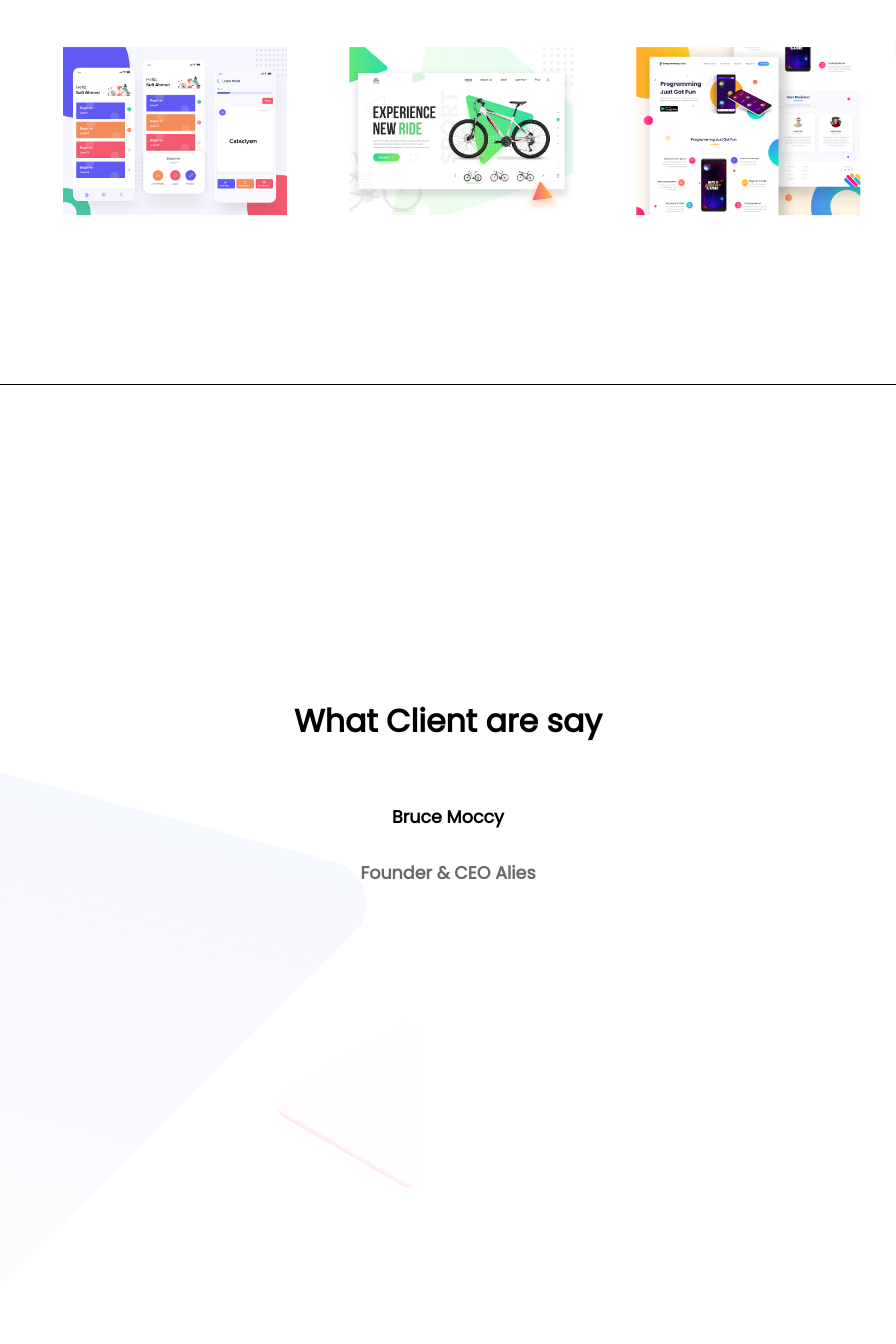
Repository: mohsinfarabi/personal-website
Page: index.html
An editor plug-in stored every save of this project. The page is shown before and after the next save, followed by the edit.
The browser window is 1280 px wide. The pictures show the part of the page from y = 2355 to 4275 px (the page is 4275 px tall), at 70% of full size.

Above is the page before, as saved 2020-07-01 16:44:20.

After the next save:
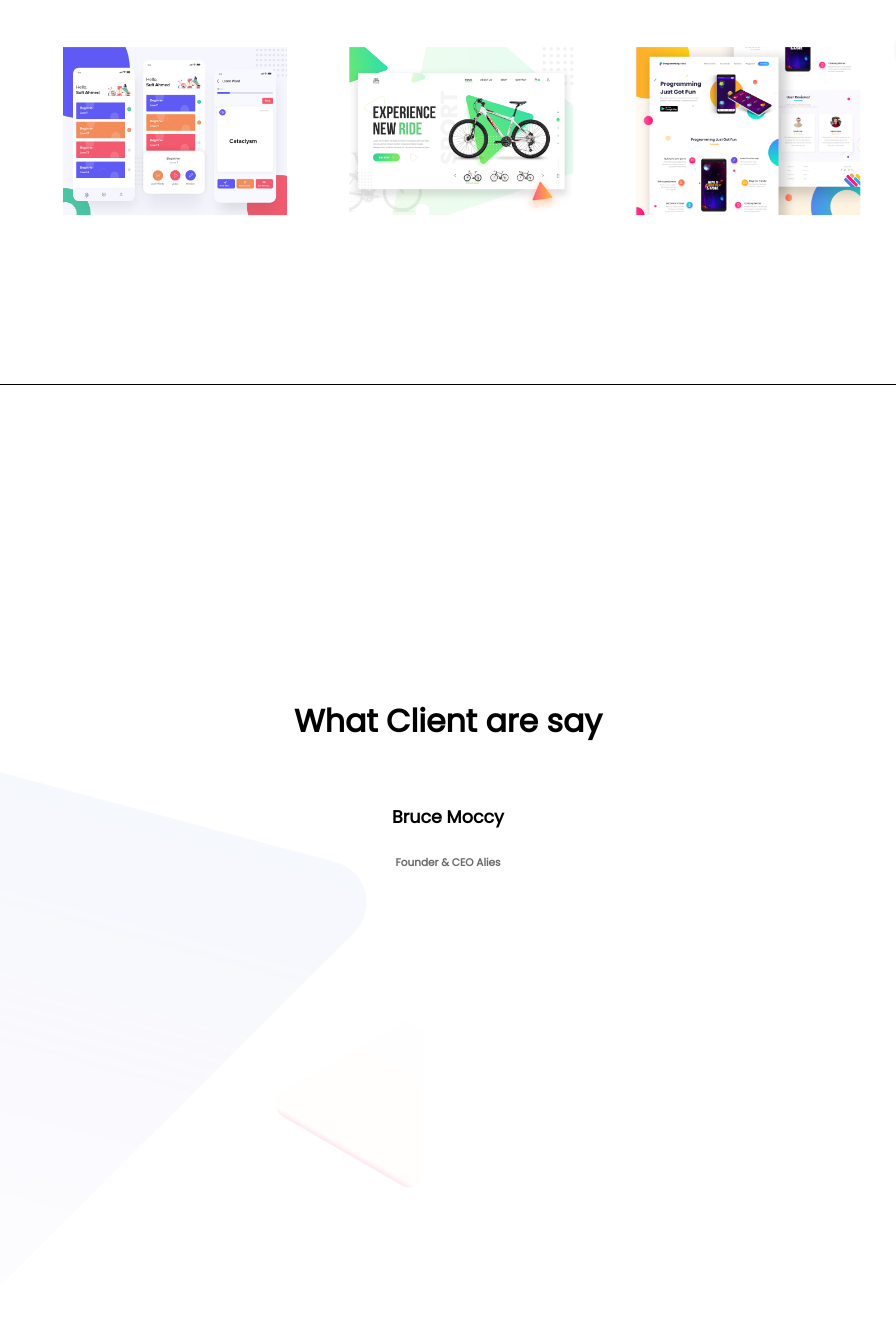
Saved 10 s later.
--- a/style.css
+++ b/style.css
@@ -84,7 +84,7 @@ p {
 .bottom-panel h5 {
     text-align: center;
     color: dimgray;
-    font-size: 25px;
+    font-size: 15px;
 }
 
 section {
